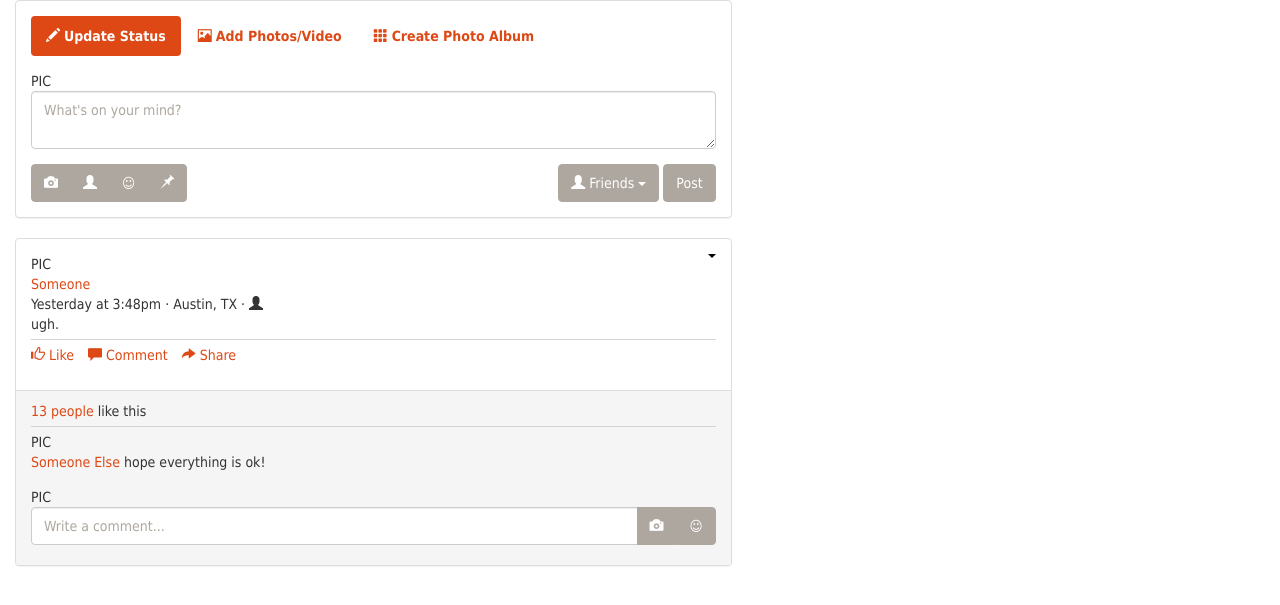
Repository: harshagithub19/news_feed
Page: fbapp3/src/main/webapp/statuscheck.html
The author's editor kept a copy of each file at every save. The page is drawn from the files as they stood at one save, then again after the next save.
The browser window is 1280 px wide. The pictures show the whole page.
Some web fonts or font styles are not loaded; a fallback is used. Some web libraries are served in a nearby version.

Above is the page before, as saved 2017-03-02 04:53:44.

### fbapp3/src/main/webapp/statuscheck.html
<!DOCTYPE html>
<html>
<head>
<meta charset="UTF-8">
<meta http-equiv="Content-Type" content="text/html; charset=ISO-8859-1">


<script src="https://ajax.googleapis.com/ajax/libs/jquery/3.1.1/jquery.min.js"></script>
<script src="https://ajax.googleapis.com/ajax/libs/jquery/3.1.1/jquery.ui.min.js"></script>
<script src="https://maxcdn.bootstrapcdn.com/bootstrap/3.3.7/js/bootstrap.min.js"></script>
<script type="text/javascript" src="http://cdn.jsdelivr.net/jquery.cookie/1.3.1/jquery.cookie.js"></script>
<link href="bootstrap/css/bootstrap.css" rel="stylesheet" />
<link href="assets/css/bootstrap-united.css" rel="stylesheet" />



<style type="text/css" >
  hr {
  margin-top: 5px;
  margin-bottom: 5px;
  /* The color of `hr` is set by its top border color.
     Yeah, it's weird. */
  border-top: 1px solid lightgray;
}


</style>
<title>Insert title here</title>
</head>
<body>


<!-- Main feed: A cell that spans 7 columns -->
<div class="col-md-7">
  <!-- Status update entry -->
  <div class="panel panel-default">
    <div class="panel-body">

	    <ul class="nav nav-pills">
	      <li role="presentation" class="active">
	        <a href="#"><span class="glyphicon glyphicon-pencil"></span> <strong>Update Status</strong></a>
	      </li>
	      <li role="presentation">
	        <a href="#"><span class="glyphicon glyphicon-picture"></span> <strong>Add Photos/Video</strong></a>
	      </li>
	      <li role="presentation">
	        <a href="#"><span class="glyphicon glyphicon-th"></span> <strong>Create Photo Album</strong></a>
	      </li>
	    </ul>

        <div class="media">
			  <div class="media-left media-top">
			    PIC
			  </div>
			  <div class="media-body">
			    <div class="form-group">
			      <!-- rows="2" means "display the textarea as 2 rows high". The user can
			           enter more than 2 rows of text. -->
			      <textarea class="form-control" rows="2" placeholder="What's on your mind?"></textarea>
			    </div>
			  </div>
       </div>

      <div class="row">
		  <div class="col-md-6">
		    <div class="btn-group" role="group">
		      <button type="button" class="btn btn-default">
		        <span class="glyphicon glyphicon-camera"></span>
		      </button>
		      <button type="button" class="btn btn-default">
		        <span class="glyphicon glyphicon-user"></span>
		      </button>
		      <button type="button" class="btn btn-default">
		        ☺
		      </button>
		      <button type="button" class="btn btn-default">
		        <span class="glyphicon glyphicon-pushpin"></span>
		      </button>
		    </div>
		  </div>
		  <div class="col-md-6">
		    <div class="pull-right">
		      <button type="button" class="btn btn-default">
		        <span class="glyphicon glyphicon-user"></span> Friends <span class="caret"></span>
		      </button>
		      <button type="button" class="btn btn-default">
		        Post
		      </button>
		    </div>
		  </div>
     </div>




    </div>
  </div>
  <!-- Status update #1 -->
  <div class="panel panel-default">
  <div class="panel-body">
    <!-- Post metadata -->
    <div class="row">
      <div class="col-md-10">
        <div class="media">
          <div class="media-left media-top">PIC</div>
          <div class="media-body">
            <a href="#">Someone</a>
            <br> Yesterday at 3:48pm · Austin, TX · <span class="glyphicon glyphicon-user"></span>
          </div>
        </div>
      </div>
      <div class="col-md-2">
        <span class="caret pull-right"></span>
      </div>
    </div>
    <!-- Post content -->
    <div class="row">
      <div class="col-md-12">
        ugh.
      </div>
    </div>
  <hr>
  <div class="row">
		  <div class="col-md-12">
		    <ul class="list-inline">
		      <li>
		      <a href="#"><span class="glyphicon glyphicon-thumbs-up"></span> Like</a>
		      </li>
		      <li>
		      <a href="#"><span class="glyphicon glyphicon-comment"></span> Comment</a>
		      </li>
		      <li>
		      <a href="#"><span class="glyphicon glyphicon-share-alt"></span> Share</a>
		      </li>
		    </ul>
		  </div>
  </div>
 </div> <!--  div of panel body for status update 1 -->
 <!-- panel body footer -->
 <div class="panel-footer" id="o">
  <div class="row">
    <div class="col-md-12">
      <a href="#">13 people</a> like this
    </div>

   </div>


  <hr>


  <ul class="media-list">
    <li class="media">
      <div class="media-left media-top">
        PIC
      </div>
      <div class="media-body">
        <a href="#">Someone Else</a> hope everything is ok!

      </div>
    </li>
    <li class="media">
      <div class="media-left media-top">
        PIC
      </div>
      <div class="media-body">
        <div class="input-group">
          <input type="text" class="form-control" placeholder="Write a comment...">
          <span class="input-group-btn">
            <button class="btn btn-default" type="button">
              <span class="glyphicon glyphicon-camera"></span>
            </button>
            <button class="btn btn-default" type="button">
              ☺
            </button>
          </span>
        </div>
      </div>
    </li>
  </ul>
</div>



</div> <!--  div of panel default for status update 1 -->

</div>





</body>
</html>

Loaded but not shown: fbapp3/src/main/webapp/bootstrap/css/bootstrap.css (library); fbapp3/src/main/webapp/assets/css/bootstrap-united.css (library)

After the next save:
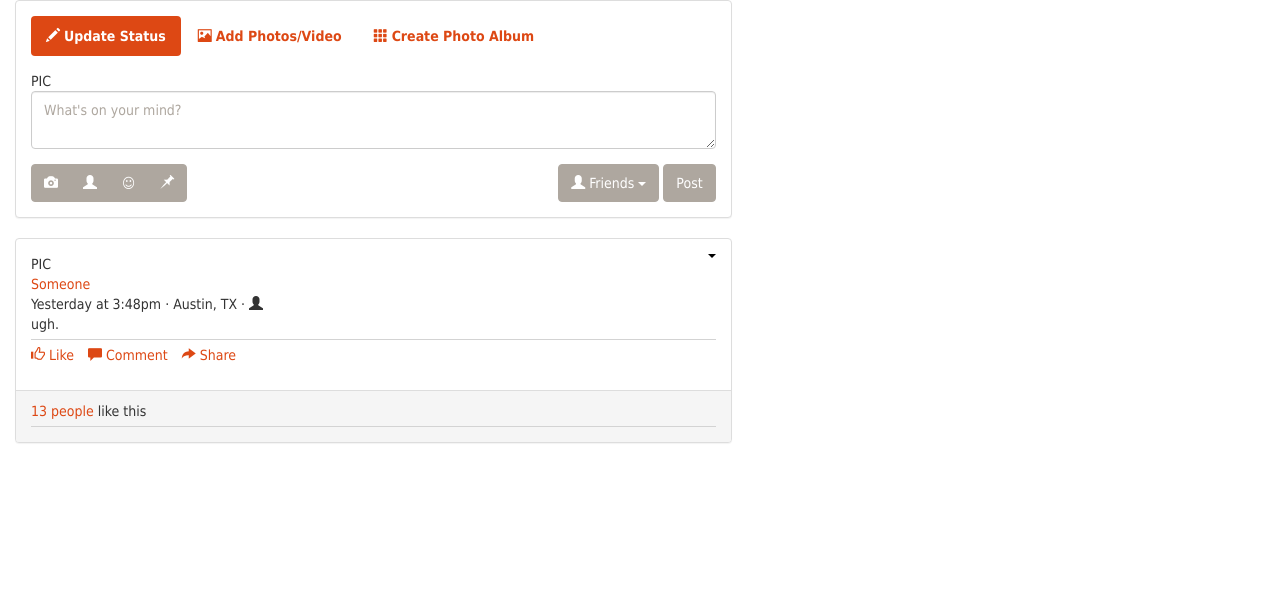
Saved 20 s later.
--- a/fbapp3/src/main/webapp/statuscheck.html
+++ b/fbapp3/src/main/webapp/statuscheck.html
@@ -149,7 +149,7 @@
   <hr>
 
 
-  <ul class="media-list">
+ <!--   <ul class="media-list">
     <li class="media">
       <div class="media-left media-top">
         PIC
@@ -177,7 +177,7 @@
         </div>
       </div>
     </li>
-  </ul>
+  </ul> -->
 </div>
 
 
